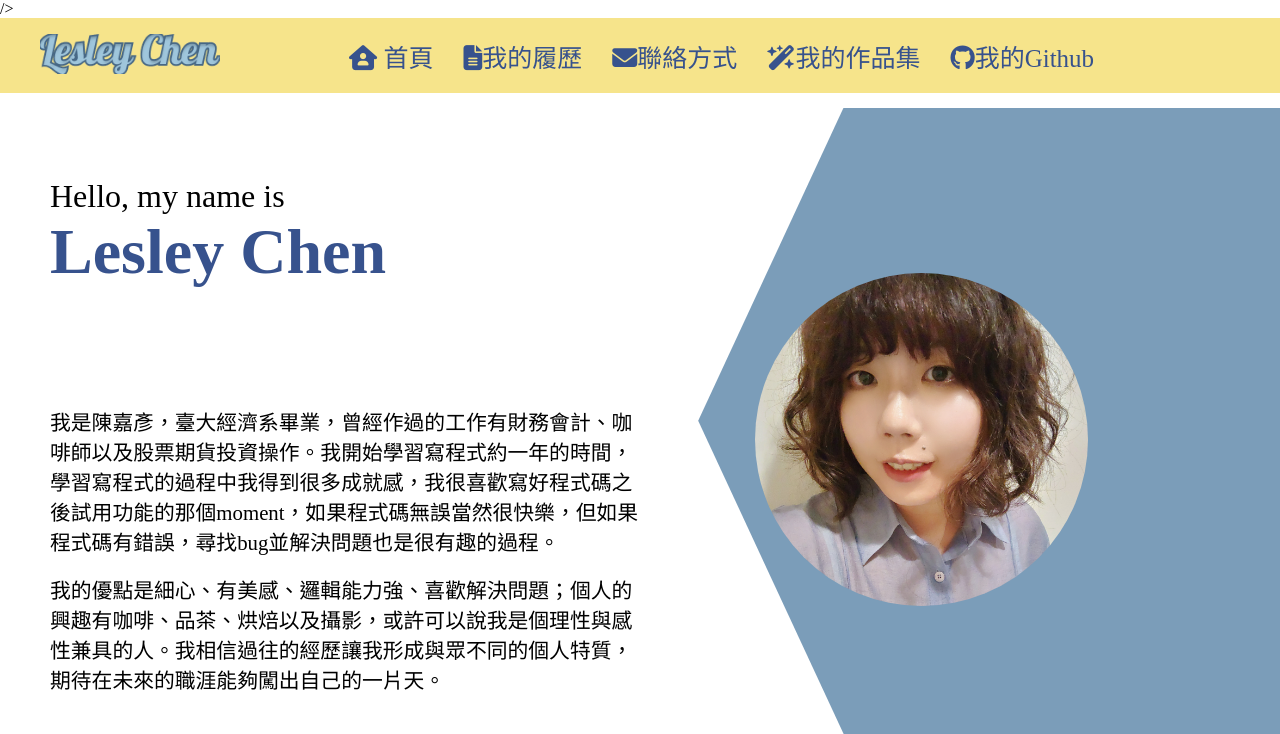
Repository: lcjyc/portfolio-website
Page: /
The author's editor kept a copy of each file at every save. The page is drawn from the files as they stood at one save, then again after the next save.
The browser window is 1280 px wide. The pictures show the whole page.
Some web libraries are served in a nearby version. The project was rebuilt for these pictures with package versions that can differ from the ones it lists, and the page was loaded fresh each time. Also part of the build but not shown: src/pages/resume/resume.css, src/pages/resume/Resume.jsx, src/pages/contact/contact.css, src/pages/contact/Contact.jsx, src/pages/portfolio/Portfolio.jsx.

Above is the page before, as saved 2022-08-21 16:33:40.

After the next save:
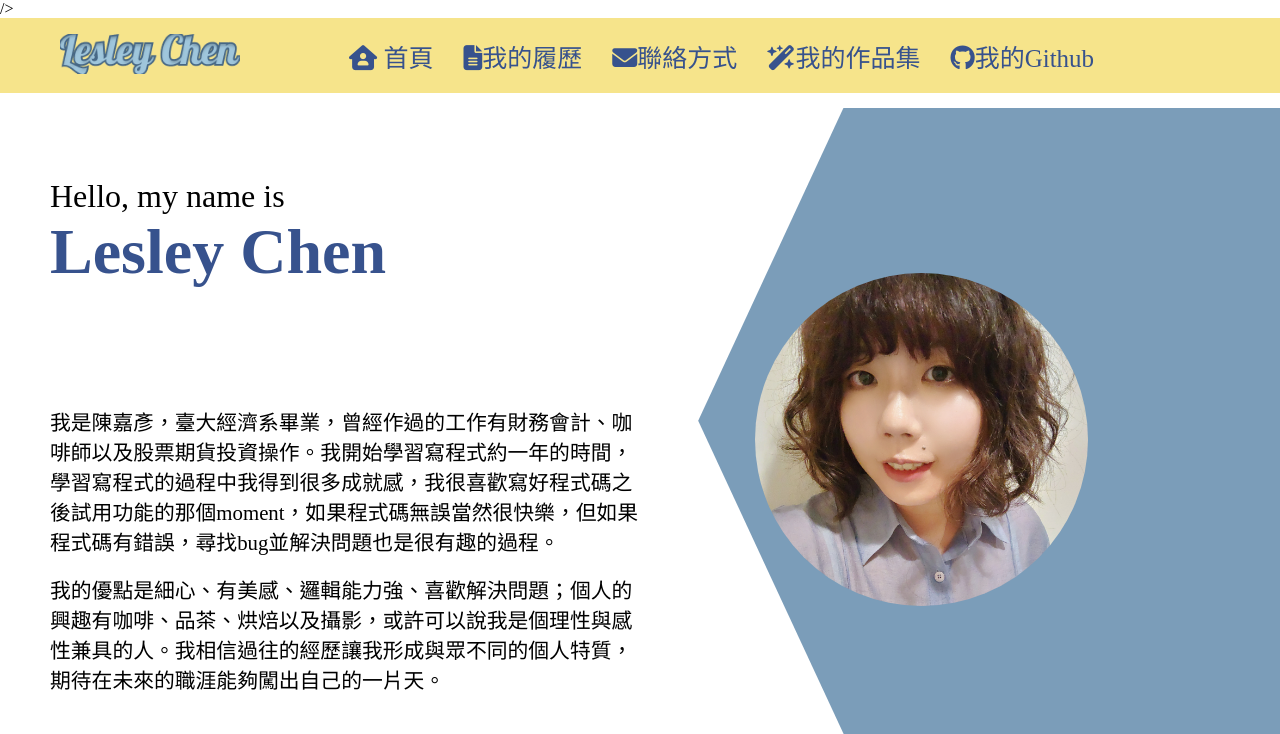
Saved 19 s later.
--- a/src/components/topbar/topbar.css
+++ b/src/components/topbar/topbar.css
@@ -15,7 +15,7 @@
 }
 
 .topImg {
-  margin-left: 40px;
+  margin-left: 60px;
   width: 180px;
   height: 40px;
 }
